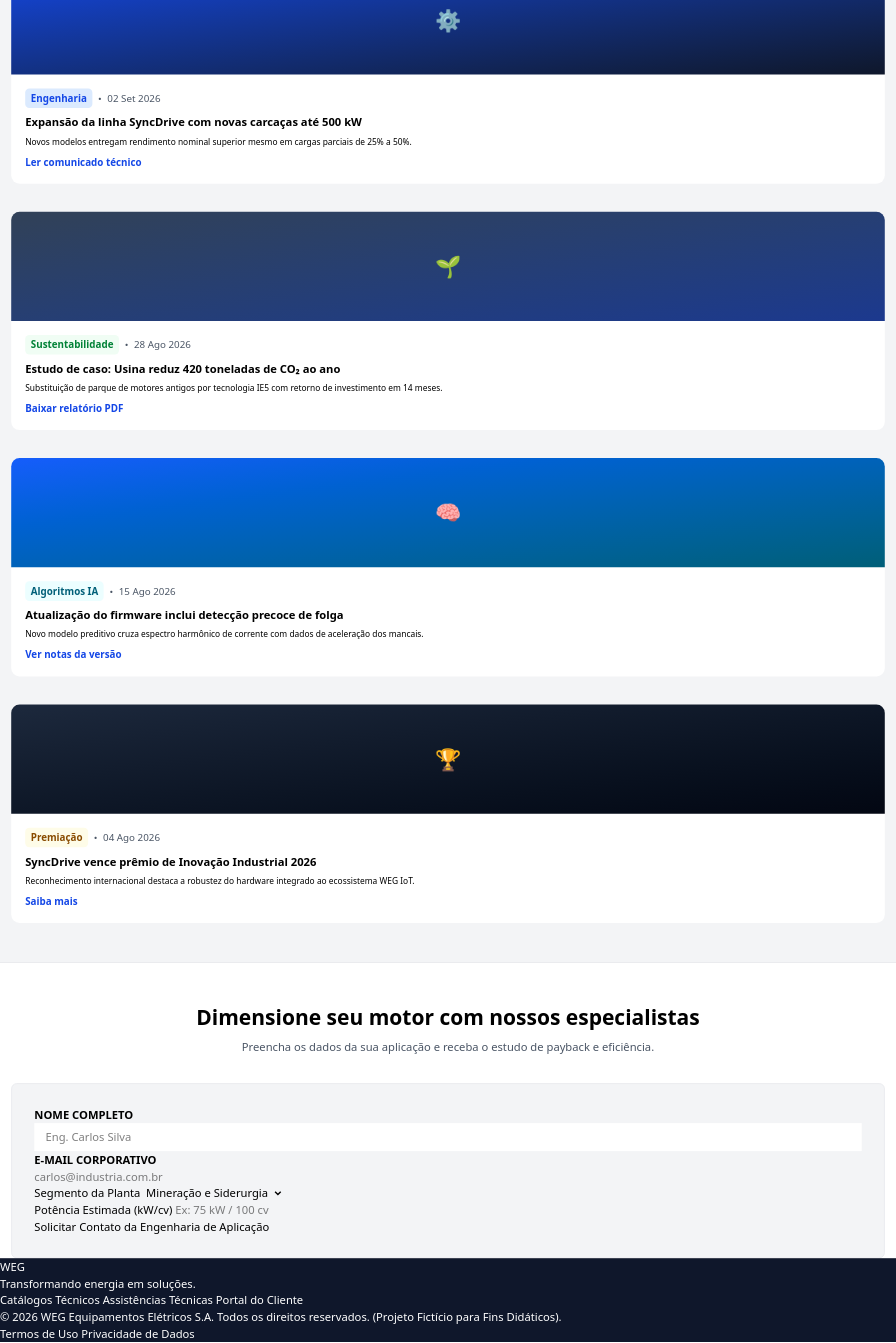
Repository: camilewng/Exercicio-Tailwind
Page: index.html
An editor plug-in stored every save of this project. The page is shown before and after the next save, followed by the edit.
The browser window is 1280 px wide. The pictures show the part of the page from y = 3138 to 5058 px (the page is 5056 px tall before and 5058 px after), at 70% of full size.

Above is the page before, as saved 2026-09-14 18:10:19.

### index.html
<!DOCTYPE html>
<html lang="pt-BR">
<head>
  <meta charset="UTF-8">
  <meta name="viewport" content="width=device-width, initial-scale=1.0">
  <title>WEG SyncDrive IoT - Exercício Tailwind CSS</title>
  <script src="https://cdn.jsdelivr.net/npm/@tailwindcss/browser@4"></script>
</head>
<body>

  <!-- ==========================================
       1. HEADER / NAVBAR
       Desafio:
       - Fixar no topo (sticky top-0) com fundo translúcido/blur.
       - Logo WEG em destaque com fundo azul industrial.
       - Menu oculto em telas pequenas e visível em lg:.
  =========================================== -->
  <header>
    <div class="flex flex-row justify-between border-b border-gray-300 mb-15">
      <div class="flex">
        <div class="bg-blue-600 text-white text-2xl font-black w-20 h-10 text-center pt-0.75 rounded-sm m-3">
          WEG
        </div>
        <div class="flex flex-col border-l-2 border-gray-300 h-10 pl-2 mt-3">
          <span class="font-bold">SyncDrive</span>
          <span class="text-blue-600 uppercase font-medium text-xs">Industrial IoT</span>
        </div>
      </div>

      <nav class="hidden">
        <a href="#solucao">A Solução</a>
        <a href="#recursos">Tecnologia</a>
        <a href="#metricas">Performance</a>
        <a href="#aplicacoes">Aplicações</a>
        <a href="#novidades">Notícias</a>
      </nav>

      <div class="flex">
        <a href="#contato" class="hidden">Falar com Consultor</a>
        <a href="#contato" class="bg-blue-600 text-white px-4 py-2 mr-3 mt-3 mb-3 rounded-sm font-medium">
          Especificar Motor
        </a>
      </div>
    </div>
  </header>

  <main >
    <!-- ==========================================
         2. HERO SECTION
         Desafio:
         - Layout em grid de 2 colunas no desktop (texto + painel de telemetria).
         - Centralizado no mobile, alinhado à esquerda em lg:.
         - Estilizar o card escuro de telemetria com badges e status.
    =========================================== -->
    <section id="solucao" class="bg-gradient-to-t from-gray-200 to-white pb-15" >
      <div>
      <div >
        <div>

          <!-- Coluna 1: Conteúdo Textual -->
          <div class="flex flex-col">
            <span class="bg-blue-50 border border-blue-300 uppercase text-sm text-blue-600
                         font-semibold p-1 px-3 rounded-4xl flex mx-11 mb-6">
              Indústria 4.0 & Manutenção Preditiva
            </span>
            <h1 class="font-black text-3xl text-center w-85 mx-8 mb-6 leading-9">WEG SyncDrive: Confiabilidade extrema com inteligência preditiva.</h1>
            <p class="text-gray-600 text-center mx-2 mb-6">
              O motor elétrico síncrono que combina rendimento ultra-premium (IE5), sensoriamento integrado de vibração e temperatura e conectividade instantânea com a nuvem WEG IoT.
            </p>
            <div class="flex flex-col">
              <a href="#contato" class="bg-blue-600 mx-4 text-white flex justify-center font-medium py-3 rounded-sm mb-3">
                Solicitar Folha de Dados
              </a>
              <a href="#recursos" class="border border-gray-300 text-gray-700 font-semibold flex justify-center mx-4 py-3 rounded-sm bg-white mb-10">
                Conhecer a Arquitetura
              </a>
            </div>
          </div>

          <!-- Coluna 2: Card de Telemetria IoT -->
          <div class="bg-slate-900 text-white mx-4 rounded-2xl p-7 ">
            <div>
              <div class="flex justify-between border-b border-gray-600 mb-3">
                <span class="text-blue-400 text-sm mb-4">NODE_ID: WEG-MTR-8842</span>
                <div>
                  <span></span>
                  <span class="flex text-sm text-gray-400">Online 60Hz</span>
                </div>
              </div>

              <div>
                <div class="bg-slate-800 p-3 rounded-lg mb-4">
                  <span  class="text-sm text-gray-400">Eficiência Energética</span>
                  <div class="font-bold text-2xl">96.8% <span class="text-green-300 font-normal text-sm">(Padrão IE5)</span></div>
                </div>

                <div class="flex flex-row gap-4">
                  <div class="bg-slate-800 p-4 rounded-lg mb-4">
                    <span class="text-gray-400 text-sm">Vibração RMS</span>
                    <div class="font-semibold text-xl pb-2 pr-5">0.82 mm/s</div>
                    <span class="text-green-300 text-xs">✓ Faixa Ideal ISO</span>
                  </div>
                  <div class="bg-slate-800 p-4 rounded-lg mb-4">
                    <span class="text-gray-400 text-sm" >Temp. Mancal</span>
                    <div class="font-semibold text-xl pr-13 pb-2">62.4 °C</div>
                    <span class="text-blue-400 text-xs">Normal (PT100)</span>
                  </div>
                </div>

                <div class="bg-blue-950 text-xs px-3 py-3 text-blue-200/90 rounded-lg border border-blue-500/30">
                  ⚡ Previsão de manutenção: operação normal pelos próximos 12 meses.
                </div>
              </div>
            </div>
          </div>

        </div>
      </div>
    </section>

    <!-- ==========================================
         3. RECURSOS / ESPECIFICAÇÕES TÉCNICAS
         Desafio:
         - Grid responsivo de 3 colunas (1 col mobile, 3 cols desktop).
         - Efeito hover nos cards com transição suave de borda ou sombra.
    =========================================== -->
    <section id="recursos" class="p-5">
      <div>
        <div>
          <h2 class="font-black text-3xl text-center mt-12 mb-4">Engenharia pensada para regime contínuo</h2>
          <p class="text-gray-600 text-center mb-15">Projetado para suportar ambientes industriais severos sem comprometer o fluxo operacional.</p>
        </div>

        <div>
          <article class="bg-gray-100 p-5 rounded-lg border border-gray-300/80 mb-8">
            <div class="flex justify-center items-center bg-blue-100 w-11 h-11 rounded-lg mb-4">⚙️</div>
            <h3 class="text-xl font-bold mb-3">Nível de Rendimento IE5</h3>
            <p class="text-gray-600">Rotores com ímãs permanentes de terras raras que eliminam perdas por efeito Joule no rotor, gerando até 35% de economia em perdas elétricas.</p>
          </article>

          <article class="bg-gray-100 p-5 rounded-lg border border-gray-300/80 mb-8">
            <div class="flex justify-center items-center bg-blue-100 w-11 h-11 rounded-lg mb-4">📡</div>
            <h3 class="text-xl font-bold mb-3">Módulo IoT Plug & Play</h3>
            <p class="text-gray-600">Sensores triaxiais acoplados de fábrica comunicando via Bluetooth Low Energy ou redes industriais cabeadas diretamente com o gateway da planta.</p>
          </article>

          <article class="bg-gray-100 p-5 rounded-lg border border-gray-300/80 mb-8">
            <div class="flex justify-center items-center bg-blue-100 w-11 h-11 rounded-lg mb-4">🛡️</div>
            <h3 class="text-xl font-bold mb-3">Grau de Proteção IP66 / W3</h3>
            <p class="text-gray-600">Carcaça em ferro fundido de alta resistência mecânica com pintura anticorrosiva de alto desempenho, apto para atmosferas agressivas.</p>
          </article>
        </div>
      </div>
    </section>

    <!-- ==========================================
         4. MÉTRICAS / NÚMEROS INDUSTRIAIS
         Desafio:
         - Seção de alto contraste (fundo escuro slate-900).
         - Grid de 2 colunas no mobile e 4 colunas em telas maiores.
    =========================================== -->
    <section id="metricas" class="bg-slate-900">
      <div>
        <div class="grid grid-rows-2 grid-cols-2 pt-10 pb-5 px-8 gap-5">
          <div class="border-b border-gray-800 col-start-1 col-end-2 row-start-1 row-end-2">
            <div class="text-blue-400/90 font-black text-3xl text-center pb-1 pt-3">-70%</div>
            <div class="text-gray-300 text-sm pb-8">Paradas Não Planejadas</div>
          </div>
          <div  class="border-b border-gray-800 col-start-2 col-end-3 row-start-1 row-end-2 ">
            <div class="text-blue-400/90 font-black text-3xl text-center pb-1 pt-3">IE5</div>
            <div class="text-gray-300 text-sm">Classificação Energética</div>
          </div>
          <div class="col-start-1 col-end-2 row-start-2 row-end-3" >
            <div class="text-blue-400/90 font-black text-3xl text-center pb-1 pt-3">100k+</div>
            <div class="text-gray-300 text-xs">Horas de Vida dos Mancais</div>
          </div>
          <div class="col-start-2 col-end-3 row-start-2 row-end-3">
            <div class="text-blue-400/90 font-black text-3xl text-center pb-1 pt-3">24/7</div>
            <div class="text-gray-300 text-sm text-center">Telemetria em Nuvem</div>
          </div>
        </div>
      </div>
    </section>

    <!-- ==========================================
         5. APLICAÇÕES INDUSTRIAIS
         Desafio:
         - Grid de 4 colunas adaptável (1 col mobile, 2 sm, 4 lg).
         - Uso de tags de categoria uppercase com tipografia reduzida.
    =========================================== -->
    <section id="aplicacoes" class="pb-8 border-b border-gray-300/80">
      <div>
        <div>
          <h2 class="font-bold text-3xl text-center mt-15 mb-3">Projetado para indústrias críticas</h2>
          <p class="text-gray-600 text-center mx-5 mb-10">Linhas de montagem e processos onde a interrupção não é uma opção.</p>
        </div>

        <div class="flex flex-col">
          <div class="bg-gray-100 rounded-md border border-gray-300/80 mx-4 p-3 mb-6">
            <span class="uppercase text-blue-600 font-semibold text-sm">Mineração</span>
            <h4 class="text-xl font-bold mt-2 mb-2">Correias & Britadores</h4>
            <p class="text-gray-500 text-sm">Torque constante em baixas rotações sem necessidade de redutores pesados.</p>
          </div>

          <div class="bg-gray-100 rounded-md border border-gray-300/80 mx-4 p-3 mb-6">
            <span class="uppercase text-blue-600 font-semibold text-sm">Saneamento</span>
            <h4 class="text-xl font-bold mt-2 mb-2">Estações de Bombeamento</h4>
            <p class="text-gray-500 text-sm">Redução drástica do custo de kWh em bombas centrífugas de regime 24 horas.</p>
          </div>

          <div class="bg-gray-100 rounded-md border border-gray-300/80 mx-4 p-3 mb-6">
            <span class="uppercase text-blue-600 font-semibold text-sm">Papel & Celulose</span>
            <h4 class="text-xl font-bold mt-2 mb-2">Secadores e Bobinadeiras</h4>
            <p  class="text-gray-500 text-sm">Precisão milimétrica de sincronismo de velocidade entre rolos condutores.</p>
          </div>

          <div class="bg-gray-100 rounded-md border border-gray-300/80 mx-4 p-3 mb-6">
            <span class="uppercase text-blue-600 font-semibold text-sm">Agroindústria</span>
            <h4 class="text-xl font-bold mt-2 mb-2">Silos & Ventiladores</h4>
            <p class="text-gray-500 text-sm">Operação imune a poeira condutiva com baixo índice de aquecimento residual.</p>
          </div>
        </div>
      </div>
    </section>

    <!-- ==========================================
         6. NOVIDADES / NOTÍCIAS (4 ITENS)
         Desafio:
         - Cabeçalho com alinhamento justify-between.
         - 4 cards em grid: 1 col (mobile), 2 cols (md), 4 cols (lg).
         - Imagem/banner visual com gradiente em cada notícia.
         - Flexbox nos cards para fixar o link de leitura no rodapé.
    =========================================== -->
    <section id="novidades" class="bg-gray-100 p-4 border-b border-gray-200">
      <div>

        <div>
          <div class="flex flex-col">
            <span class="uppercase text-blue-700 font-semibold text-sm mt-15">Sala de Imprensa & Artigos</span>
            <h2 class="font-black text-3xl mt-2 mb-4">Últimas notícias WEG SyncDrive</h2>
          </div class="flex">
          <a href="#" class="text-blue-700 font-semibold">Ver central de notícias →</a>
        </div>

        <div>
          <!-- Notícia 1 -->
          <article class="bg-white rounded-xl mt-10">
            <div class="text-3xl py-15 text-center bg-gradient-to-br from-blue-700 to-slate-900 rounded-t-xl ">⚙️</div>
            <div class="px-5 py-5">
              <div class="flex">
                <span class="bg-blue-100 py-1 px-2 rounded-md text-blue-700 font-semibold text-sm mb-2 mr-2">Engenharia</span>
                <span class="text-gray-600 text-sm mr-2 pt-1">•</span>
                <time class="text-gray-600 text-sm pt-1">02 Set 2026</time>
              </div>
              <h3>
                <a href="#" class="font-bold text-md">Expansão da linha SyncDrive com novas carcaças até 500 kW</a>
              </h3>
              <p class="text-xs py-2">Novos modelos entregam rendimento nominal superior mesmo em cargas parciais de 25% a 50%.</p>
              <a href="#" class="text-blue-700 font-semibold text-sm">Ler comunicado técnico</a>
            </div>
          </article>

          <!-- Notícia 2 -->
          <article class="bg-white rounded-xl mt-10">
            <div class="text-3xl py-15 text-center bg-gradient-to-br from-slate-700 to-blue-900 rounded-t-xl ">🌱</div>
            <div class="px-5 py-5">
              <div class="flex">
                <span class="bg-green-50 py-1 px-2 rounded-md text-green-700 font-semibold text-sm mb-2 mr-2">Sustentabilidade</span>
                <span class="text-gray-600 text-sm mr-2 pt-1">•</span>
                <time class="text-gray-600 text-sm pt-1">28 Ago 2026</time>
              </div>
              <h3>
                <a href="#" class="font-bold text-md">Estudo de caso: Usina reduz 420 toneladas de CO₂ ao ano</a>
              </h3>
              <p class="text-xs py-2">Substituição de parque de motores antigos por tecnologia IE5 com retorno de investimento em 14 meses.</p>
              <a href="#" class="text-blue-700 font-semibold text-sm">Baixar relatório PDF</a>
            </div>
          </article>

          <!-- Notícia 3 -->
          <article class="bg-white rounded-xl mt-10">
            <div class="text-3xl py-15 text-center bg-gradient-to-br from-blue-600 to-cyan-800 rounded-t-xl ">🧠</div>
            <div class="px-5 py-5">
              <div class="flex">
                <span class="bg-cyan-50 py-1 px-2 rounded-md text-cyan-800 font-semibold text-sm mb-2 mr-2">Algoritmos IA</span>
                <span class="text-gray-600 text-sm mr-2 pt-1">•</span>
                <time class="text-gray-600 text-sm pt-1">15 Ago 2026</time>
              </div>
              <h3>
                <a href="#" class="font-bold text-md">Atualização do firmware inclui detecção precoce de folga</a>
              </h3>
              <p class="text-xs py-2">Novo modelo preditivo cruza espectro harmônico de corrente com dados de aceleração dos mancais.</p>
              <a href="#" class="text-blue-700 font-semibold text-sm">Ver notas da versão</a>
            </div>
          </article>

          <!-- Notícia 4 -->
          <article class="bg-white rounded-xl mt-10 mb-10">
            <div class="text-3xl py-15 text-center bg-gradient-to-br from-slate-800 to-gray-950 rounded-t-xl ">🏆</div>
            <div class="px-5 py-5">
              <div class="flex">
                <span class="bg-yellow-50 py-1 px-2 rounded-md text-yellow-800 font-semibold text-sm mb-2 mr-2">Premiação</span>
                <span class="text-gray-600 text-sm mr-2 pt-1">•</span>
                <time class="text-gray-600 text-sm pt-1">04 Ago 2026</time>
              </div>
              <h3>
                <a href="#" class="font-bold text-md">SyncDrive vence prêmio de Inovação Industrial 2026</a>
              </h3>
              <p class="text-xs py-2">Reconhecimento internacional destaca a robustez do hardware integrado ao ecossistema WEG IoT.</p>
              <a href="#" class="text-blue-700 font-semibold text-sm">Saiba mais</a>
            </div>
          </article>
        </div>

      </div>
    </section>

    <!-- ==========================================
         7. FORMULÁRIO DE CONTATO / DIMENSIONAMENTO
         Desafio:
         - Inputs estilizados com focus rings.
         - Grid de formulário com campos em 2 colunas no desktop.
    =========================================== -->
    <section id="contato">
      <div>
        <div>
          <h2 class="text-3xl px-5 font-bold text-center pb-3 mt-15">Dimensione seu motor com nossos especialistas</h2>
          <p class="text-center px-5 text-gray-600 pb-10">Preencha os dados da sua aplicação e receba o estudo de payback e eficiência.</p>
        </div>

        <form class="bg-gray-100 mx-4 border border-gray-200 rounded-lg p-8">
          <div class="flex flex-col">
            <div class="flex flex-col">
              <label class="uppercase font-semibold">Nome Completo</label>
              <input type="text" placeholder="Eng. Carlos Silva" class="bg-white px-4 py-2">
            </div>
            <div class="flex flex-col">
              <label class="uppercase font-semibold">E-mail Corporativo</label>
              <input type="email" placeholder="carlos@industria.com.br">
            </div>
          </div>

          <div>
            <div>
              <label>Segmento da Planta</label>
              <select>
                <option>Mineração e Siderurgia</option>
                <option>Papel e Celulose</option>
                <option>Saneamento e Água</option>
                <option>Química e Petroquímica</option>
                <option>Alimentos e Bebidas</option>
              </select>
            </div>
            <div>
              <label>Potência Estimada (kW/cv)</label>
              <input type="text" placeholder="Ex: 75 kW / 100 cv">
            </div>
          </div>

          <button type="submit">Solicitar Contato da Engenharia de Aplicação</button>
        </form>
      </div>
    </section>
  </main>

  <!-- ==========================================
       8. RODAPÉ / FOOTER
       Desafio:
       - Layout corporativo com tipografia sutil.
       - Disposição em flexbox responsivo (colunas empilhadas no mobile, linha no desktop).
  =========================================== -->
  <footer class="bg-slate-900 text-white">
    <div>
      <div>
        <div>
          <div>WEG</div>
          <span>Transformando energia em soluções.</span>
        </div>
        <div>
          <a href="#">Catálogos Técnicos</a>
          <a href="#">Assistências Técnicas</a>
          <a href="#">Portal do Cliente</a>
        </div>
      </div>
      <div>
        <p>© 2026 WEG Equipamentos Elétricos S.A. Todos os direitos reservados. (Projeto Fictício para Fins Didáticos).</p>
        <div>
          <a href="#">Termos de Uso</a>
          <a href="#">Privacidade de Dados</a>
        </div>
      </div>
    </div>
  </footer>

</body>
</html>

After the next save:
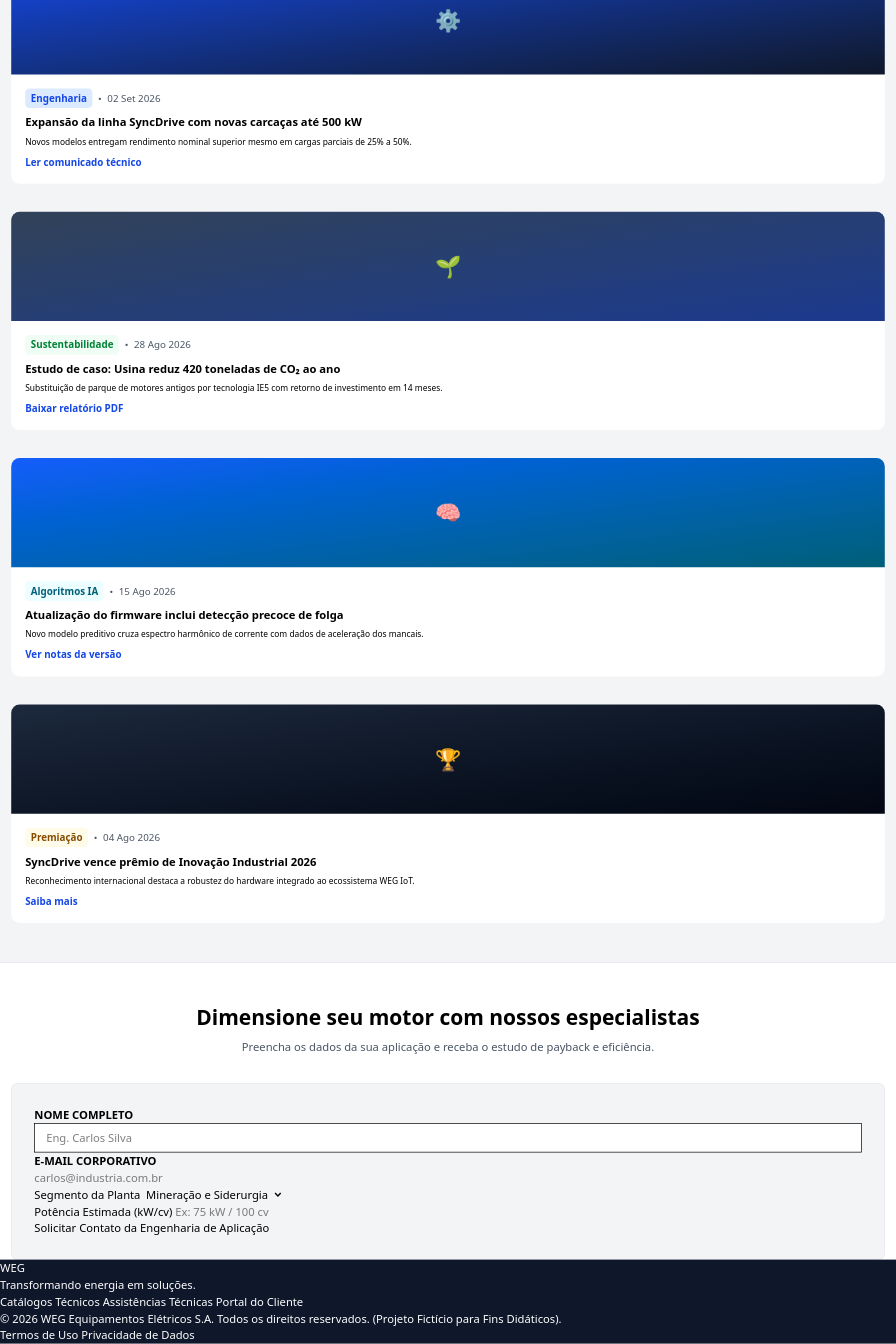
Saved 8 s later.
--- a/index.html
+++ b/index.html
@@ -332,7 +332,7 @@
           <div class="flex flex-col">
             <div class="flex flex-col">
               <label class="uppercase font-semibold">Nome Completo</label>
-              <input type="text" placeholder="Eng. Carlos Silva" class="bg-white px-4 py-2">
+              <input type="text" placeholder="Eng. Carlos Silva" class="bg-white px-4 py-2 border">
             </div>
             <div class="flex flex-col">
               <label class="uppercase font-semibold">E-mail Corporativo</label>
